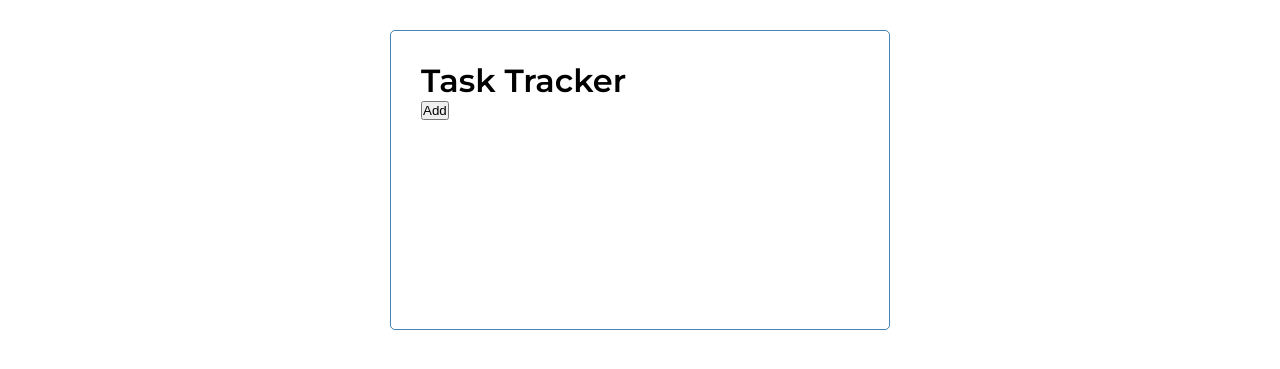
Repository: kate30980/task-tracker-reactjs
Page: /
These files come from the project's save history. The page is drawn as it stood at one moment and after the next save; the edit follows.
The browser window is 1280 px wide. The pictures show the whole page.
The project was rebuilt for these pictures with package versions that can differ from the ones it lists, and the page was loaded fresh each time.

Above is the page before, as saved 2021-09-19 14:42:07.

After the next save:
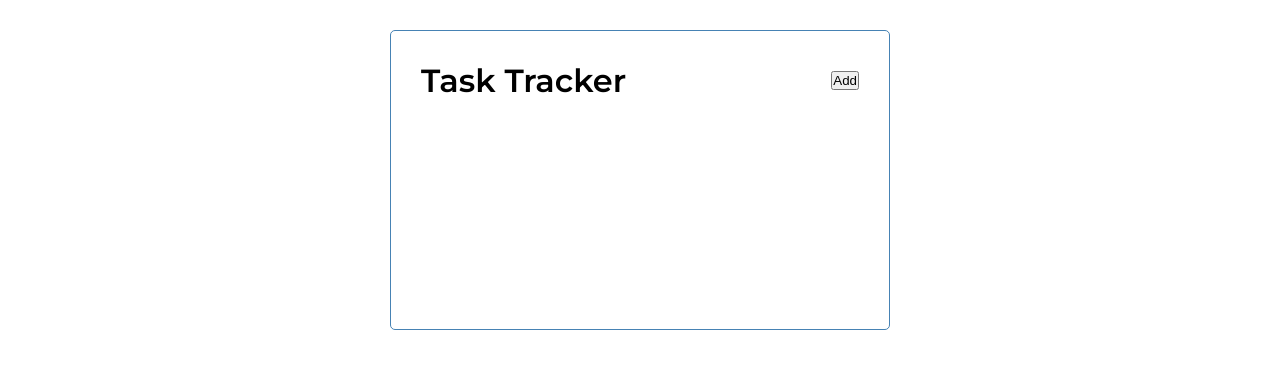
Saved 25 s later.
--- a/src/components/Header.js
+++ b/src/components/Header.js
@@ -2,7 +2,7 @@ import PropTypes from "prop-types";
 
 const Header = ({ title }) => {
   return (
-    <header>
+    <header class="header">
       <h1>{title}</h1>
       <button>Add</button>
     </header>
